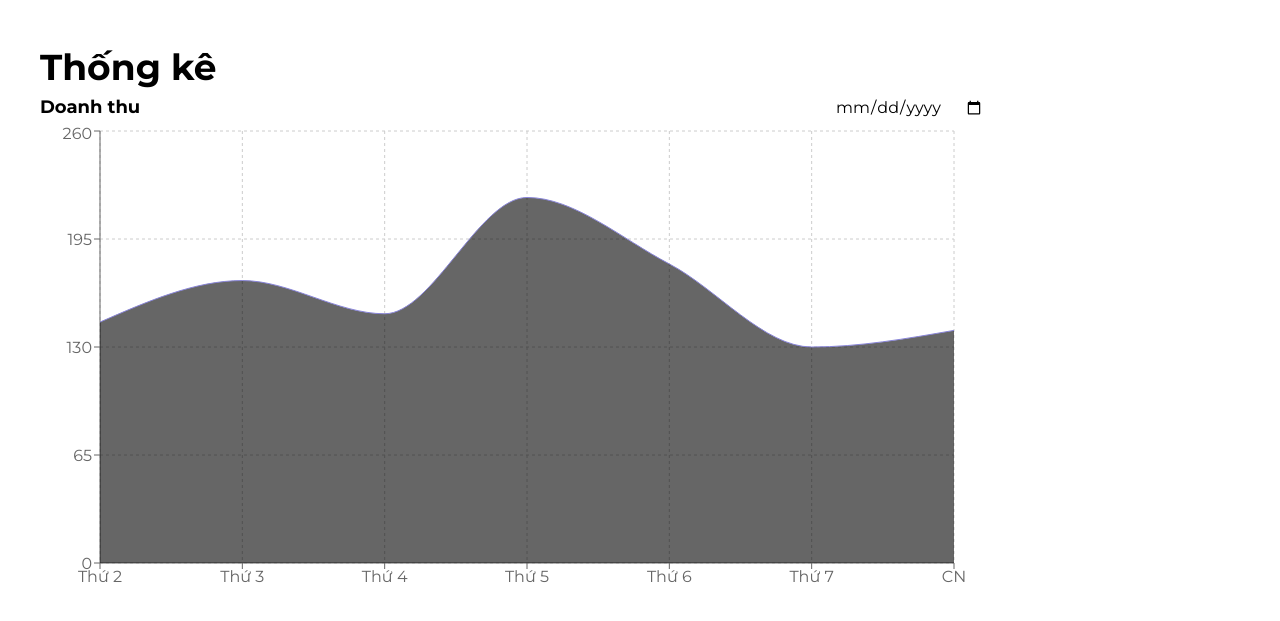
Repository: iphoneboy46/AltaMediaCMS
Page: /
The author's editor kept a copy of each file at every save. The page is drawn from the files as they stood at one save, then again after the next save.
The browser window is 1280 px wide. The pictures show the whole page.
Some web libraries are served in a nearby version. The project was rebuilt for these pictures with package versions that can differ from the ones it lists, and the page was loaded fresh each time.

Above is the page before, as saved 2023-03-26 22:19:51.

After the next save:
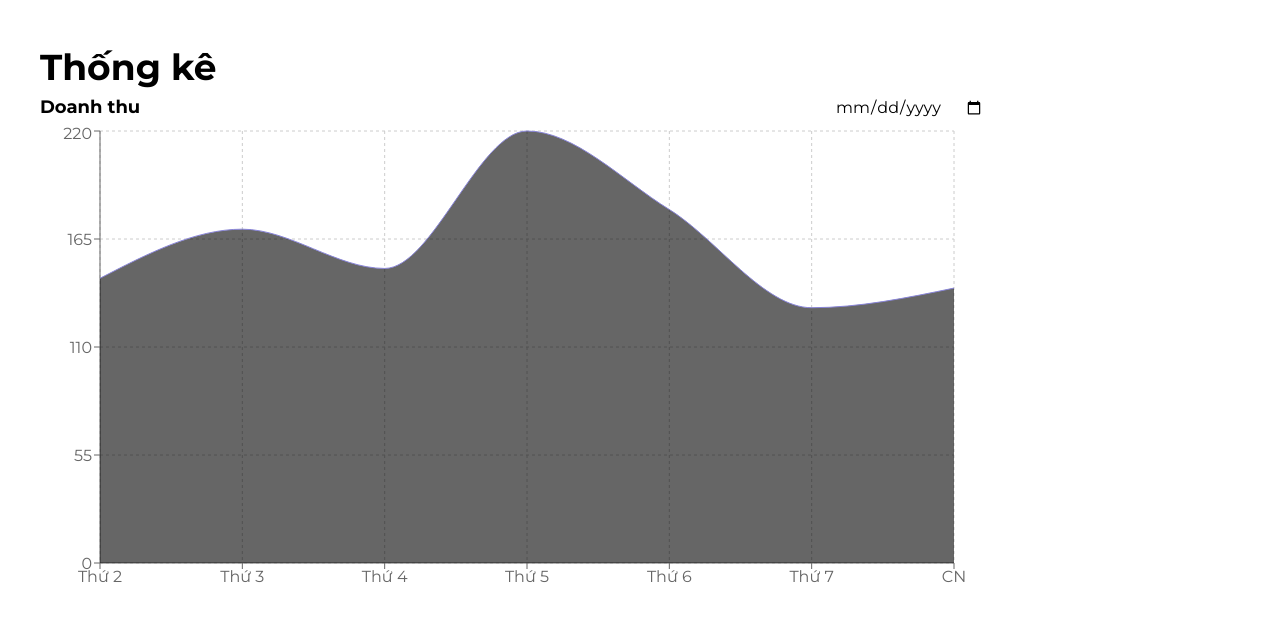
Saved 74 s later.
--- a/src/components/Charts/Charts.tsx
+++ b/src/components/Charts/Charts.tsx
@@ -65,7 +65,7 @@
         >
           <CartesianGrid strokeDasharray="3 3" />
           <XAxis   dataKey="name" />
-          <YAxis dataKey="label" type="number" domain={[0, 260]} />
+          <YAxis dataKey="label" type="number"  />
           <Tooltip />
           <Area
             type="monotone"

After the 2 saves that followed:
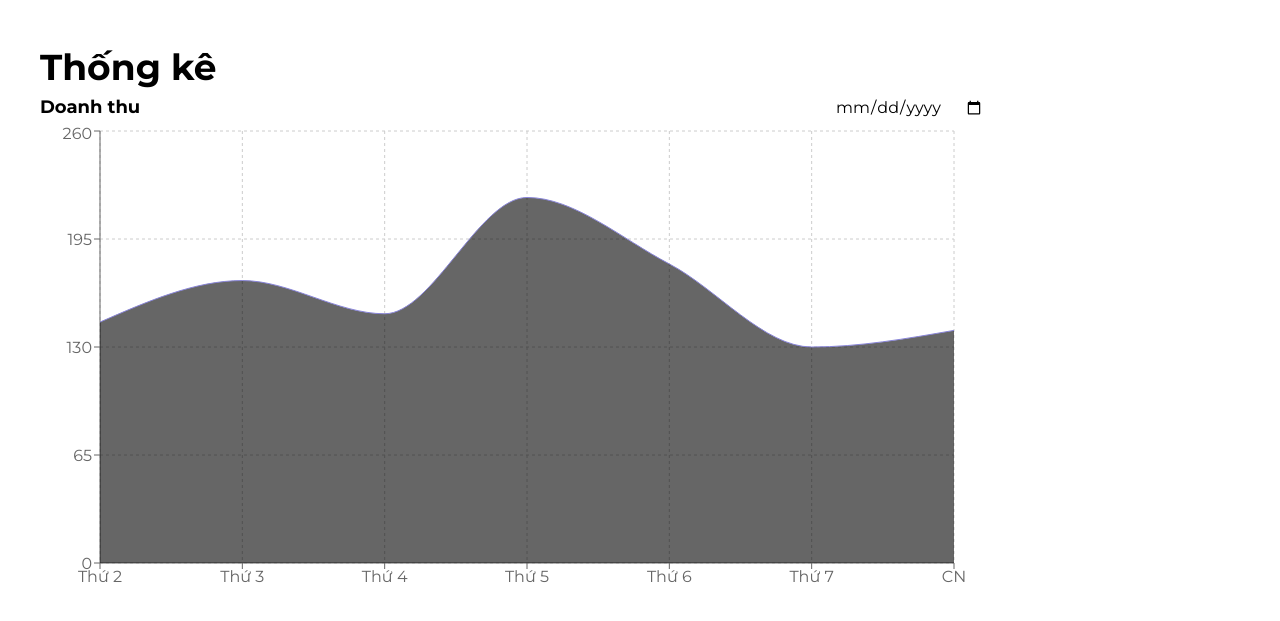
The 2 saves are shown as one change because 1 left the picture as it was.
The last was saved 29 s later.
--- a/src/components/Charts/Charts.tsx
+++ b/src/components/Charts/Charts.tsx
@@ -65,7 +65,7 @@
         >
           <CartesianGrid strokeDasharray="3 3" />
           <XAxis   dataKey="name" />
-          <YAxis dataKey="label" type="number"  />
+          <YAxis dataKey="label" type="number" domain={[0, 260]} />
           <Tooltip />
           <Area
             type="monotone"
